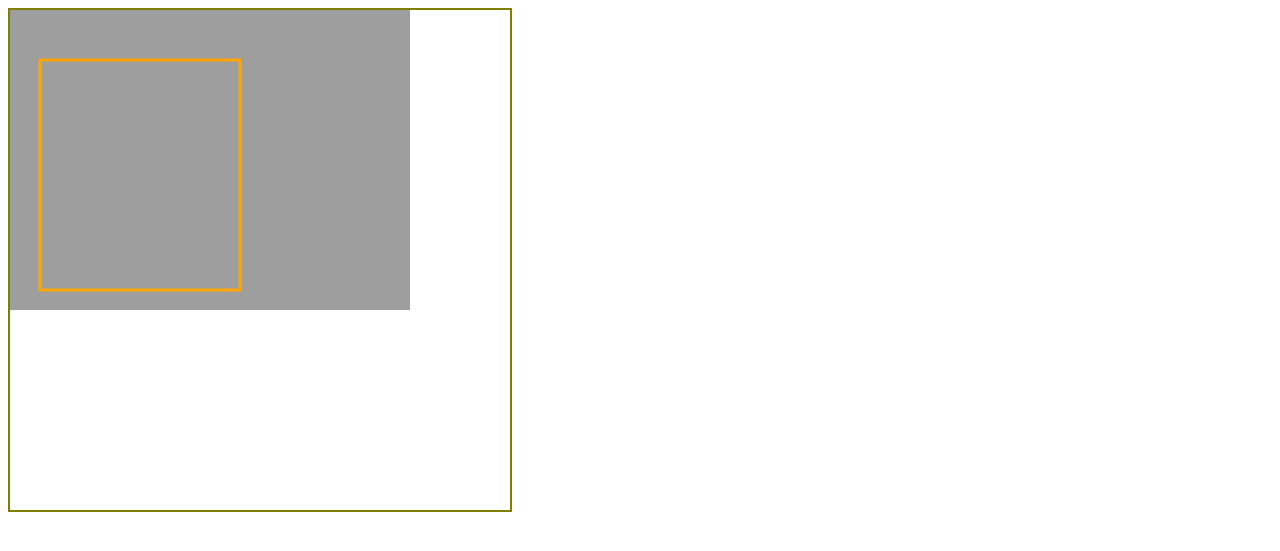
Repository: Backcoder-June/AI_Platform
Page: naverai/src/main/resources/static/cameratest.html
The author's editor kept a copy of each file at every save. The page is drawn from the files as they stood at one save, then again after the next save.
The browser window is 1280 px wide. The pictures show the whole page.

Above is the page before, as saved 2022-09-02 07:14:24.

After the next save:
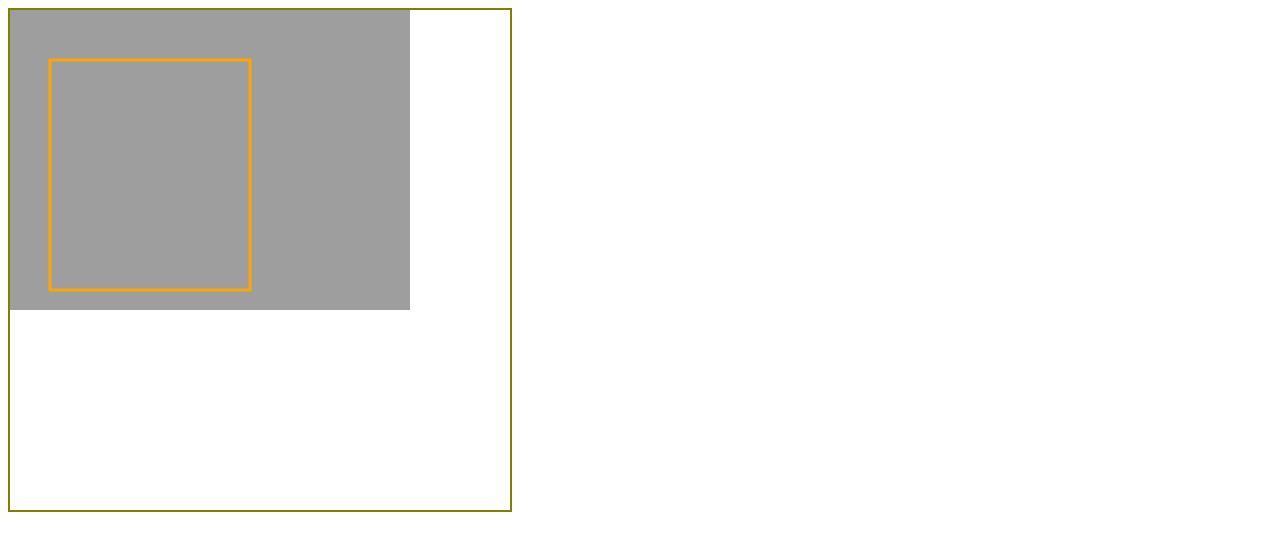
Saved 6 s later.
--- a/naverai/src/main/resources/static/cameratest.html
+++ b/naverai/src/main/resources/static/cameratest.html
@@ -16,7 +16,7 @@ $(document).ready(function(){
 		pencil.drawImage(myimage,0,0,myimage.width, myimage.height); /* 사진 불러오기 */
 		pencil.lineWidth = 3;
 		pencil.strokeStyle = "orange";
-		pencil.strokeRect(30,50,200,230);
+		pencil.strokeRect(40,50,200,230);
 	}
 
 
